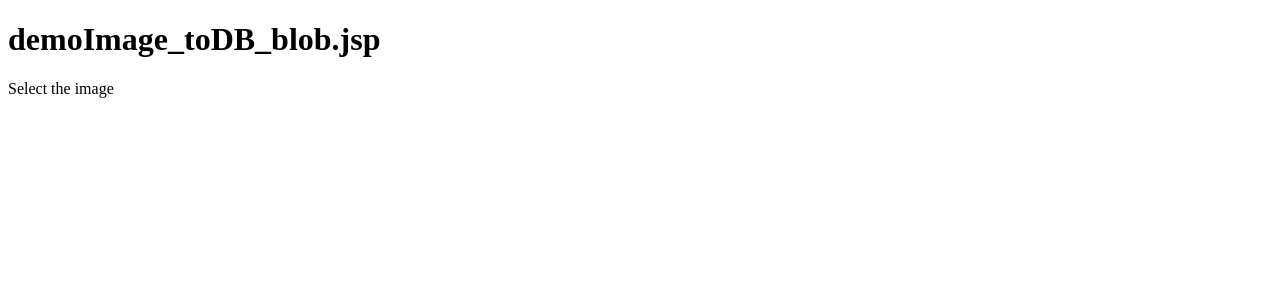
Repository: Ashish4910/CRUD-Image-Upload-using-JSP-and-SERVLET
Page: http://localhost/Image_upload/demoImage_toDB_blob.jsp
An editor plug-in stored every save of this project. The page is shown before and after the next save, followed by the edit.
The browser window is 1280 px wide. The pictures show the whole page.
The page is served by Tomcat 9. Other server files are loaded and not shown.

Above is the page before, as saved 2023-12-18 06:49:23.

### Image_upload/src/main/webapp/demoImage_toDB_blob.jsp
<%@ page language="java" contentType="text/html; charset=ISO-8859-1"
    pageEncoding="ISO-8859-1"%>
<!DOCTYPE html>
<html>
<head>
<meta charset="ISO-8859-1">
<title>demoImage_toDB_blob.jsp</title>
</head>
<body>

<h1>demoImage_toDB_blob.jsp</h1>

<form action="imageUploadToBD" method="post" enctype="multipart/form-data">

<lable> Select the image </lable>
</form>
</body>
</html>

After the next save:
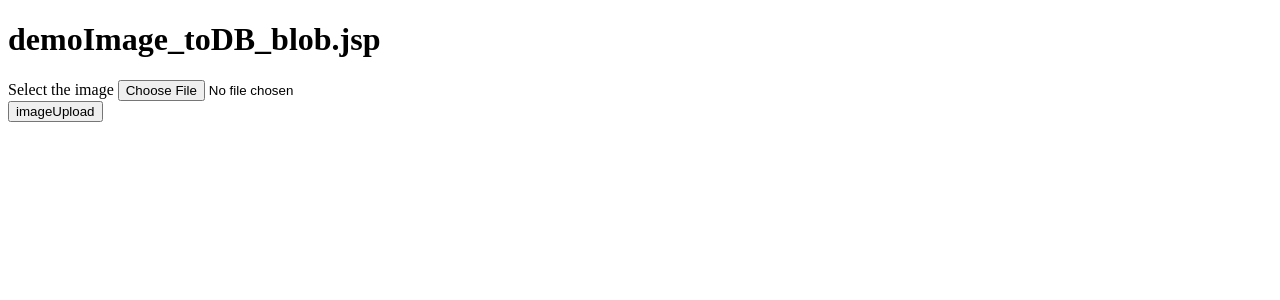
Saved 45 s later.
--- a/Image_upload/src/main/webapp/demoImage_toDB_blob.jsp
+++ b/Image_upload/src/main/webapp/demoImage_toDB_blob.jsp
@@ -13,6 +13,9 @@
 <form action="imageUploadToBD" method="post" enctype="multipart/form-data">
 
 <lable> Select the image </lable>
+<input type="file" name="image" >
+<br>
+<input type="submit" value="imageUpload">
 </form>
 </body>
 </html>
